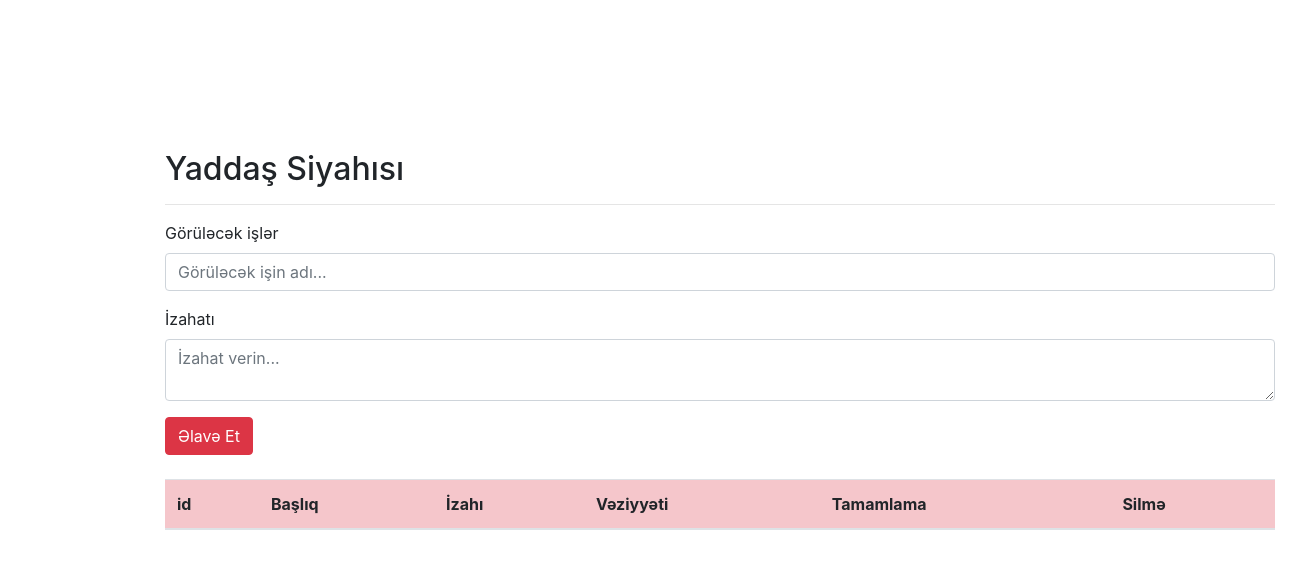
Repository: elvinyeka/ToDoApp
Page: http://localhost/
The author's editor kept a copy of each file at every save. The page is drawn from the files as they stood at one save, then again after the next save.
The browser window is 1280 px wide. The page is 1290 px wide, then 1280 px, so the pictures cover 1290 px, including what lies to the right of the window. The pictures show the whole page.
Some web libraries are served in a nearby version. The page is served by the project's application, run on Flask 3 (todo.py). Queries for data that is not in the repository find no rows.

Above is the page before, as saved 2020-09-27 21:40:53.

After the next save:
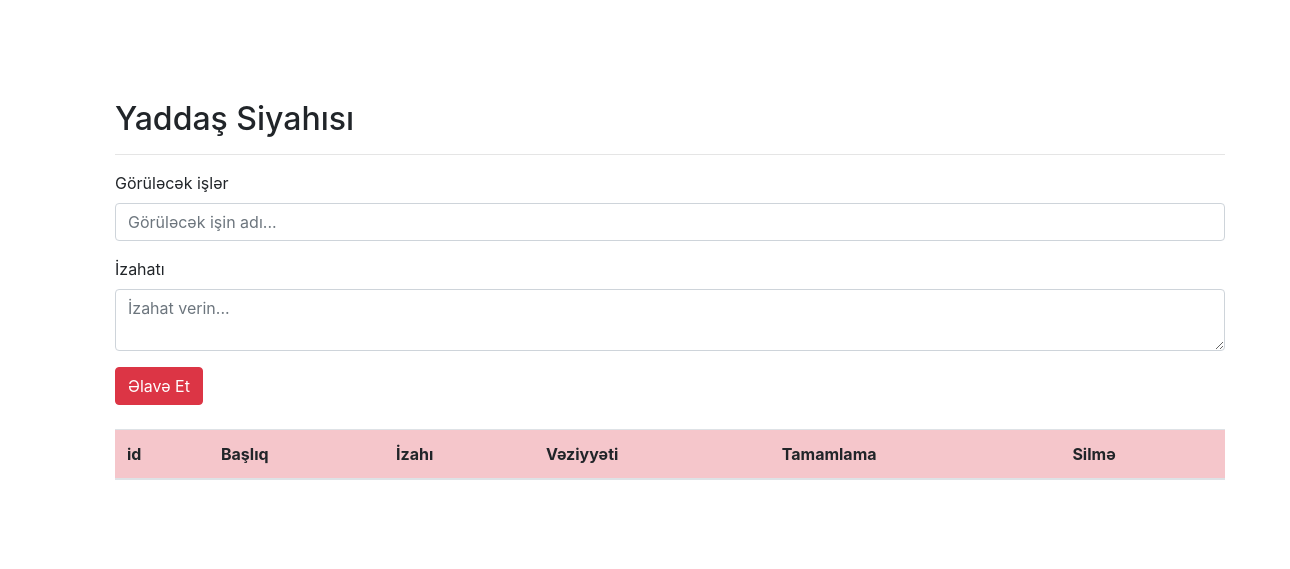
Saved 55 s later.
--- a/templates/index.html
+++ b/templates/index.html
@@ -9,7 +9,7 @@
 </head>
 
 <body>
-    <div style="margin: 150px;" class="container">
+    <div style="margin: 100px;" class="container">
         <h2>Yaddaş Siyahısı</h2>
         <hr>
         <form action="/add" method="POST">
